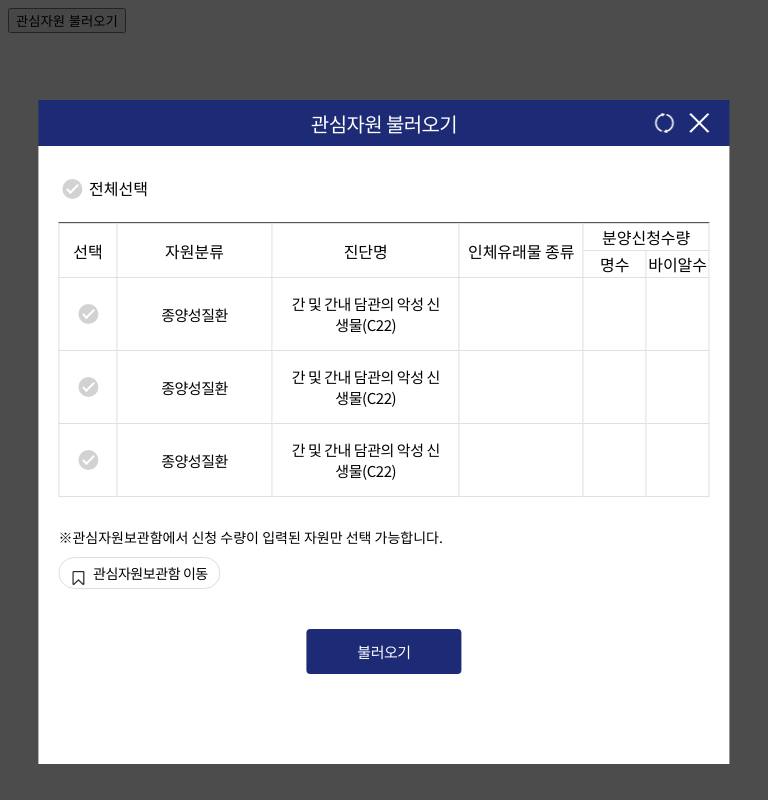
Repository: dlgywls1130/one_popup
Page: index.html
An editor plug-in stored every save of this project. The page is shown before and after the next save, followed by the edit.
The browser window is 768 px wide. The pictures show the whole page.
After loading, the first visible `button.click_modal` was clicked once.
Some web fonts or font styles are not loaded; a fallback is used.

Above is the page before, as saved 2023-10-25 22:46:01.

After the next save:
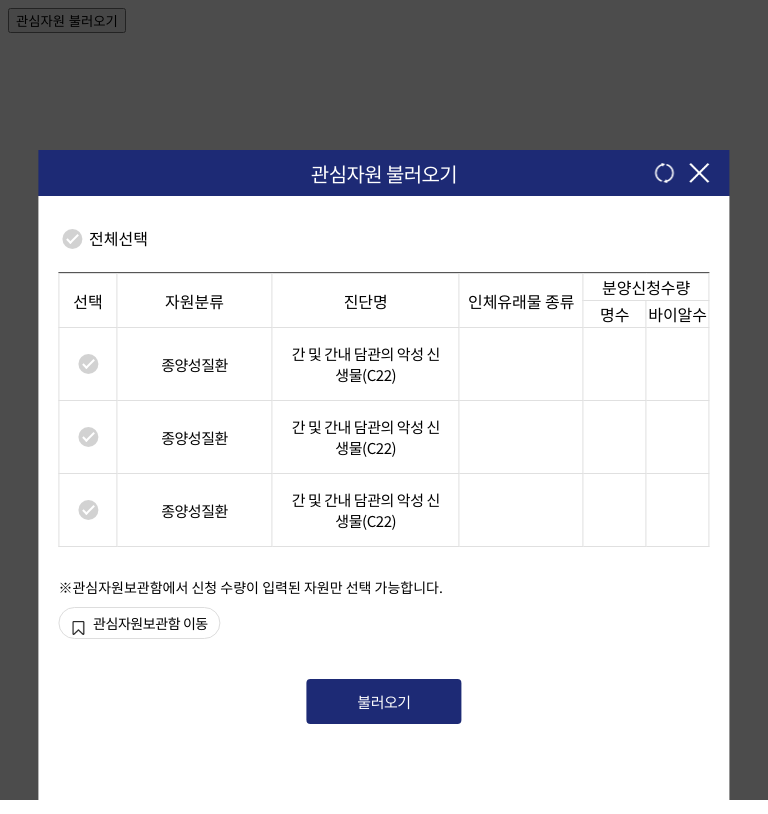
Saved 5 s later.
--- a/style.css
+++ b/style.css
@@ -257,6 +257,6 @@ font-family: Pretendard,'Noto Sans KR', sans-serif;
 @media screen and (max-width:768px){
     .modal_new{
         width: 90%;
-        height: 600px;
+        height: 500px;
     }
 }
